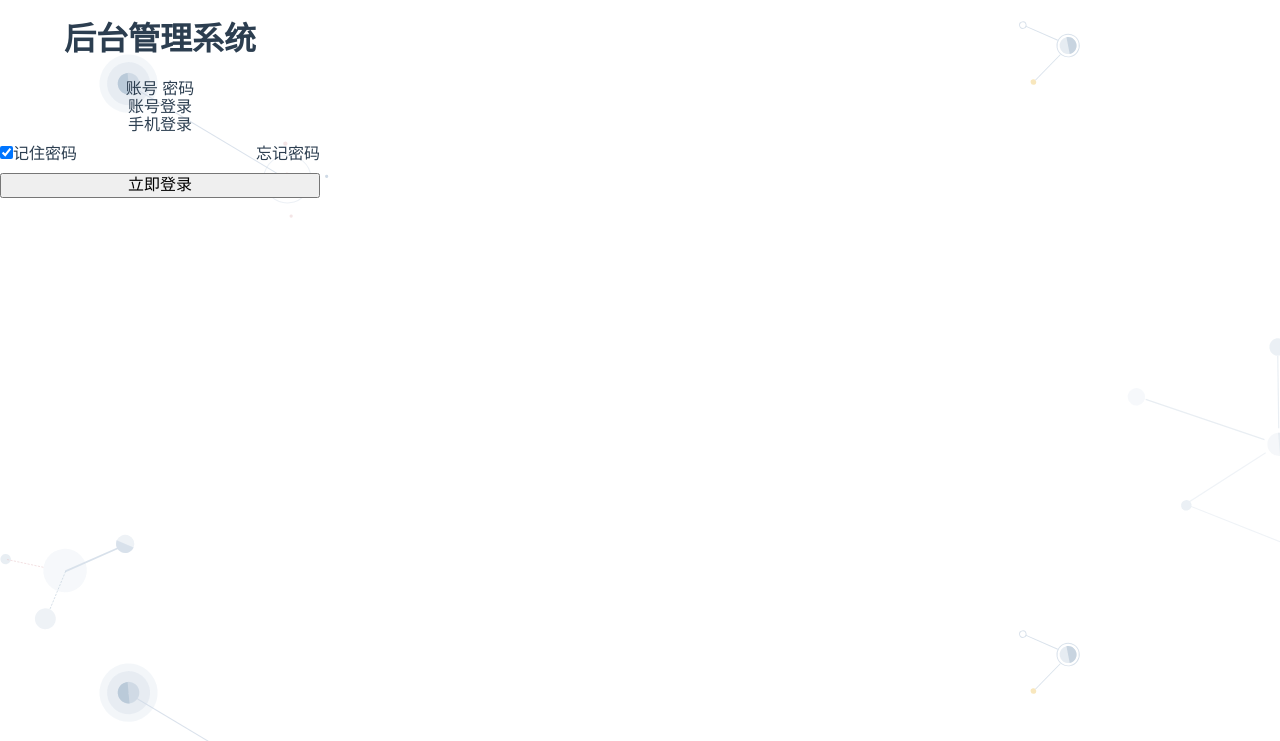
Repository: chenguox/vue-admin
Page: /#/login
These files come from the project's save history. The page is drawn as it stood at one moment and after a run of saves; the edit follows.
The browser window is 1280 px wide. The pictures show the whole page.
The page's requests for data from a server got no answer. The project was rebuilt for these pictures with package versions that can differ from the ones it lists, and the page was loaded fresh each time. No one was signed in, and anything a server would have sent is missing. Also part of the build but not shown: vue.config.js.

Above is the page before, as saved 2022-03-05 10:57:03.

### src/main.ts
import { createApp } from 'vue'
import { globalRegister } from './global'
import 'normalize.css'
import './assets/css/index.less'

import App from './App.vue'

import router from './router'
import store from './store'

import gxRequest from './service'

const app = createApp(App)

// 注册element-plus/其他
app.use(globalRegister)
app.use(router)
app.use(store)

app.mount('#app')

interface DataType {
  data: any
  returnCode: string
  success: boolean
}

gxRequest
  .request<DataType>({
    url: '/post',
    method: 'POST',
    interceptors: {
      requestInterceptor: (config) => {
        console.log('单个请求成功的拦截')
        return config
      },
      requestInterceptorCatch: (err) => {
        console.log('单个请求失败的拦截')
        return err
      },
      responseInterceptor: (res) => {
        console.log('单个响应成功的拦截')
        return res
      },
      responseInterceptorCatch: (err) => {
        console.log('单个响应失败的拦截')
        return err
      }
    }
  })
  .then((res) => {
    // 拿到请求结果
    console.log(res)
  })

### src/global/index.ts
import { App } from 'vue'
import registerElement from './register-element'

export function globalRegister(app: App): void {
  app.use(registerElement)
}

### src/App.vue
<template>
  <div id="app">
    <!-- <router-link to="/login">登录</router-link>
    <router-link to="/main">首页</router-link>
    <h2>{{ $store.state.name }}</h2> -->
    <router-view></router-view>
  </div>
</template>

<script lang="ts">
import { defineComponent } from 'vue'

export default defineComponent({
  name: 'App',
  components: {}
})
</script>

<style lang="less">
#app {
  font-family: Avenir, Helvetica, Arial, sans-serif;
  -webkit-font-smoothing: antialiased;
  -moz-osx-font-smoothing: grayscale;
  text-align: center;
  color: #2c3e50;
  // margin-top: 60px;
}
</style>

### src/router/index.ts
import { createRouter, createWebHashHistory } from 'vue-router'
import { RouteRecordRaw } from 'vue-router'

const routes: RouteRecordRaw[] = [
  {
    path: '/',
    redirect: '/main'
  },
  {
    path: '/main',
    component: () => import('../views/main/main.vue')
  },
  {
    path: '/login',
    component: () => import('../views/login/login.vue')
  }
]

// 创建 router 对象
const router = createRouter({
  routes,
  history: createWebHashHistory()
})

export default router

### src/store/index.ts
import { createStore } from 'vuex'

// 创建store对象
const store = createStore({
  state: () => {
    return {
      name: '哈哈'
    }
  },
  mutations: {},
  getters: {},
  actions: {}
})

export default store

### src/service/index.ts
// service 统一出口
import GXRequest from './request'
import { API_BASE_URL, TIME_OUT } from './request/config'

// 创建 gxRequest 实例
const gxRequest = new GXRequest({
  baseURL: API_BASE_URL,
  timeout: TIME_OUT,
  interceptors: {
    requestInterceptor: (config) => {
      console.log('请求成功的拦截')
      return config
    },
    requestInterceptorCatch: (err) => {
      console.log('请求失败的拦截')
      return err
    },
    responseInterceptor: (res) => {
      console.log('响应成功的拦截')
      return res
    },
    responseInterceptorCatch: (err) => {
      console.log('响应失败的拦截')
      return err
    }
  }
})

export default gxRequest

### src/global/register-element.ts
import { App } from 'vue'
import {
  ElButton,
  ElTabs,
  ElTabPane,
  ElIcon,
  ElForm,
  ElFormItem,
  ElInput,
  ElCheckbox,
  ElLink
} from 'element-plus'

const components = [
  ElButton,
  ElTabs,
  ElTabPane,
  ElIcon,
  ElForm,
  ElFormItem,
  ElInput,
  ElCheckbox,
  ElLink
]

export default function (app: App): void {
  for (const component of components) {
    app.component(component.name, component)
  }
}

### src/views/login/login.vue
<template>
  <div class="login">
    <login-panel />
  </div>
</template>

<script lang="ts">
import { defineComponent } from 'vue'
import LoginPanel from './cpns/login-panel.vue'

export default defineComponent({
  components: {
    LoginPanel
  },
  setup() {
    return {}
  }
})
</script>

<style scoped lange="less">
.login {
  width: 100%;
  height: 100%;
  background: url('../../assets/img/login-bg.svg');

}
</style>

### src/service/request/index.ts
import axios from 'axios'
import type { AxiosInstance } from 'axios'
import type { GXRequestInterceptors, GXRequestConfig } from './type'

class GXRequest {
  instance: AxiosInstance
  interceptors?: GXRequestInterceptors

  constructor(config: GXRequestConfig) {
    this.instance = axios.create(config)

    // 保存对应实例的拦截
    this.interceptors = config.interceptors

    // 1、添加所有实例的拦截器
    this.instance.interceptors.request.use(
      (config) => {
        console.log('所有实例的拦截器: 请求成功拦截')
        return config
      },
      (err) => {
        console.log('所有实例的拦截器: 请求失败拦截')
        return err
      }
    )

    this.instance.interceptors.response.use(
      (res) => {
        console.log('所有实例的拦截器: 响应成功拦截')
        return res
      },
      (err) => {
        console.log('所有实例的拦截器: 响应失败拦截')
        return err
      }
    )

    // 2、添加实例拦截器(从config中取出对应的实例)
    this.instance.interceptors.request.use(
      this.interceptors?.requestInterceptor,
      this.interceptors?.requestInterceptorCatch
    )
    this.instance.interceptors.response.use(
      this.interceptors?.responseInterceptor,
      this.interceptors?.responseInterceptorCatch
    )
  }

  // 需要将返回结果类型改为 Promise, 且类型应该是请求者决定，所以使用泛型
  request<T>(config: GXRequestConfig<T>): Promise<T> {
    // 处理成返回一个 promise
    return new Promise((resolve, reject) => {
      if (config.interceptors?.requestInterceptor) {
        // 执行请求拦截，执行完将config返回
        config = config.interceptors.requestInterceptor(config)
      }
      this.instance
        .request<any, T>(config)
        .then((res) => {
          if (config.interceptors?.responseInterceptor) {
            res = config.interceptors.responseInterceptor(res)
          }

          // 将结果 resolve 返回出去
          resolve(res)
        })
        .catch((err) => {
          reject(err)
        })
    })
  }
}

export default GXRequest

### src/service/request/config.ts
// 通过加载 .env 文件的方式区分环境变量
export const API_BASE_URL = process.env.VUE_APP_BASE_URL
export const TIME_OUT = 10000

### src/views/login/cpns/login-panel.vue
<template>
  <div class="login-panel">
    <h1 class="title">后台管理系统</h1>
    <el-tabs>
      <el-tab-pane type="border-card">
        <template #label>
          <span>
            <el-icon><avatar /></el-icon>账号登录
          </span>
        </template>
        账号 密码
      </el-tab-pane>
      <el-tab-pane>
        <template #label>
          <span>
            <el-icon><cellphone /></el-icon>手机登录
          </span>
        </template>
        手机
      </el-tab-pane>
    </el-tabs>
    <div class="account-control">
      <el-checkbox
        v-model="isKeepPassword"
        label="记住密码"
        size="large"
      ></el-checkbox>
      <el-link type="primary">忘记密码</el-link>
    </div>
    <el-button type="primary" class="login-btn">立即登录</el-button>
  </div>
</template>

<script lang="ts">
import { defineComponent, ref } from 'vue'

export default defineComponent({
  setup() {
    const isKeepPassword = ref(true)
    return {
      isKeepPassword
    }
  }
})
</script>

<style scoped lang="less">
.login-panel {
  width: 320px;

  // .title {

  // }
  .account-control {
    margin-top: 10px;
    display: flex;
    justify-content: space-between;
  }

  .login-btn {
    width: 100%;
    margin-top: 10px;
  }
}
</style>

Loaded but not shown: public/index.html (common file); src/assets/css/index.less (common file); src/assets/css/base.less (common file)

After the next 4 saves:
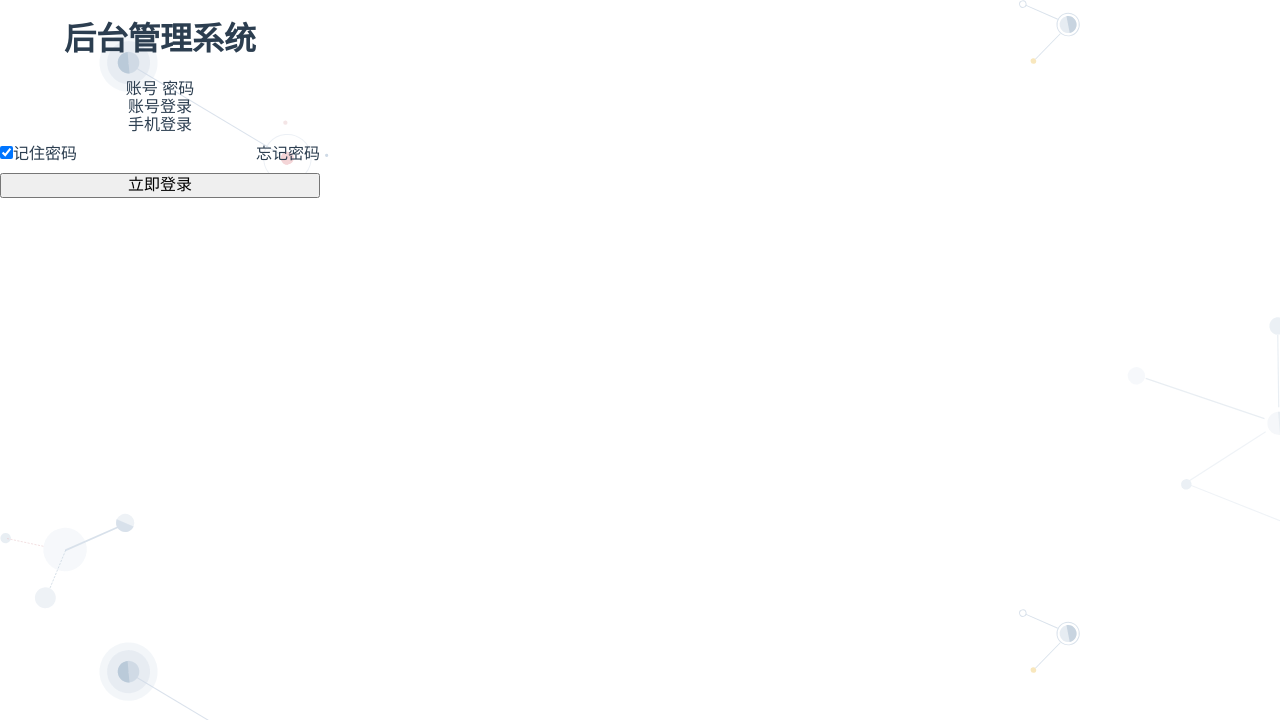
The 4 saves are shown as one change because they came seconds apart.
The last was saved 29 s later.
--- a/src/views/login/login.vue
+++ b/src/views/login/login.vue
@@ -23,6 +23,7 @@ export default defineComponent({
   width: 100%;
   height: 100%;
   background: url('../../assets/img/login-bg.svg');
-
+  display: flex;
+  justify-content: ;
 }
 </style>
